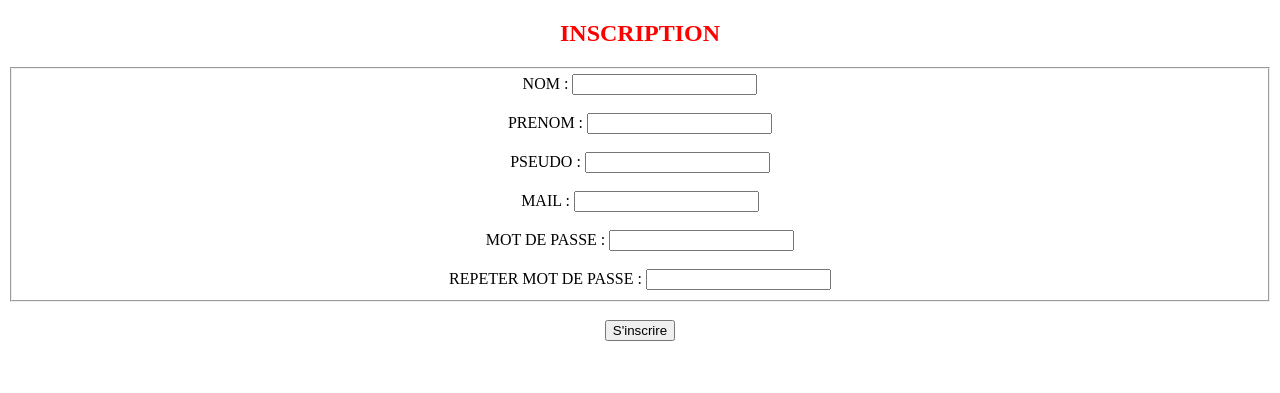
Repository: Aoua1414/JavaDeAoua
Page: http://localhost/MonServletJsp/Inscrire.jsp
An editor plug-in stored every save of this project. The page is shown before and after the next save, followed by the edit.
The browser window is 1280 px wide. The pictures show the whole page.
The page is served by Tomcat 9. Nobody is signed in. The application's start-up code is not run.

Above is the page before, as saved 2022-07-25 14:16:23.

After the next save:
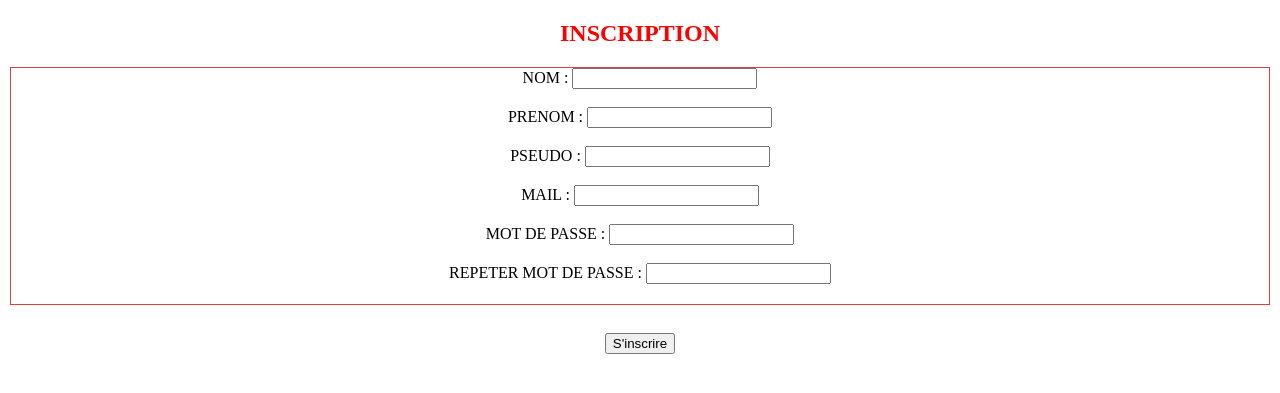
Saved 59 s later.
--- a/ODC/MonServletJsp/src/main/webapp/aoua.css
+++ b/ODC/MonServletJsp/src/main/webapp/aoua.css
@@ -7,3 +7,8 @@ body {
 
 	text-align : center;
 }
+fieldset {
+ padding:0 20px 20px 20px;
+ margin-bottom:10px;
+ border:1px solid #DF3F3F;
+ }
